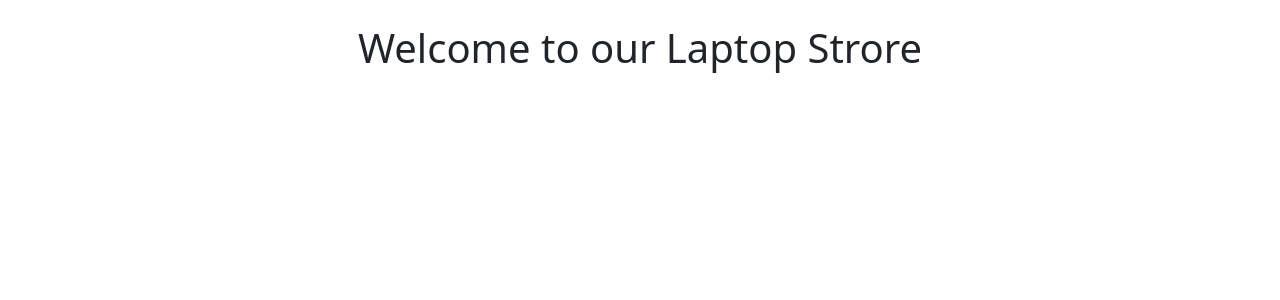
Repository: SulemanBhasha/Crud-App-By-SpringBoot
Page: LaptopStore/bestlaptopstore/src/main/resources/static/index.html
The author's editor kept a copy of each file at every save. The page is drawn from the files as they stood at one save, then again after the next save.
The browser window is 1280 px wide. The pictures show the whole page.

Above is the page before, as saved 2024-04-22 18:08:01.

### LaptopStore/bestlaptopstore/src/main/resources/static/index.html
<!doctype html>
<html lang="en">
  <head>
    <!-- Required meta tags -->
    <meta charset="utf-8">
    <meta name="viewport" content="width=device-width, initial-scale=1">

    <!-- Bootstrap CSS -->
    <link href="https://cdn.jsdelivr.net/npm/bootstrap@5.0.2/dist/css/bootstrap.min.css" rel="stylesheet" integrity="sha384-EVSTQN3/azprG1Anm3QDgpJLIm9Nao0Yz1ztcQTwFspd3yD65VohhpuuCOmLASjC" crossorigin="anonymous">

    <title>Hello, world!</title>
  </head>
  <body>

 	<div class="container">
		 <h1 class="text-center my-4">Welcome to our Laptop Strore</h1>
	 </div>
    <!-- Option 1: Bootstrap Bundle with Popper -->
    <script src="https://cdn.jsdelivr.net/npm/bootstrap@5.0.2/dist/js/bootstrap.bundle.min.js" integrity="sha384-MrcW6ZMFYlzcLA8Nl+NtUVF0sA7MsXsP1UyJoMp4YLEuNSfAP+JcXn/tWtIaxVXM" crossorigin="anonymous"></script>

    <!-- Option 2: Separate Popper and Bootstrap JS -->
    <!--
    <script src="https://cdn.jsdelivr.net/npm/@popperjs/core@2.9.2/dist/umd/popper.min.js" integrity="sha384-IQsoLXl5PILFhosVNubq5LC7Qb9DXgDA9i+tQ8Zj3iwWAwPtgFTxbJ8NT4GN1R8p" crossorigin="anonymous"></script>
    <script src="https://cdn.jsdelivr.net/npm/bootstrap@5.0.2/dist/js/bootstrap.min.js" integrity="sha384-cVKIPhGWiC2Al4u+LWgxfKTRIcfu0JTxR+EQDz/bgldoEyl4H0zUF0QKbrJ0EcQF" crossorigin="anonymous"></script>
    -->
  </body>
</html>

After the next save:
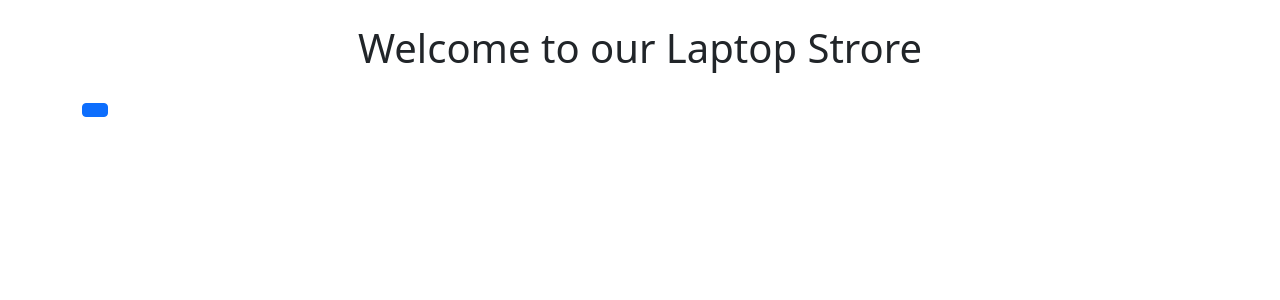
Saved 25 s later.
--- a/LaptopStore/bestlaptopstore/src/main/resources/static/index.html
+++ b/LaptopStore/bestlaptopstore/src/main/resources/static/index.html
@@ -14,6 +14,7 @@
 
  	<div class="container">
 		 <h1 class="text-center my-4">Welcome to our Laptop Strore</h1>
+		 <a href="/products" class="btn btn-primary"></a>
 	 </div>
     <!-- Option 1: Bootstrap Bundle with Popper -->
     <script src="https://cdn.jsdelivr.net/npm/bootstrap@5.0.2/dist/js/bootstrap.bundle.min.js" integrity="sha384-MrcW6ZMFYlzcLA8Nl+NtUVF0sA7MsXsP1UyJoMp4YLEuNSfAP+JcXn/tWtIaxVXM" crossorigin="anonymous"></script>
